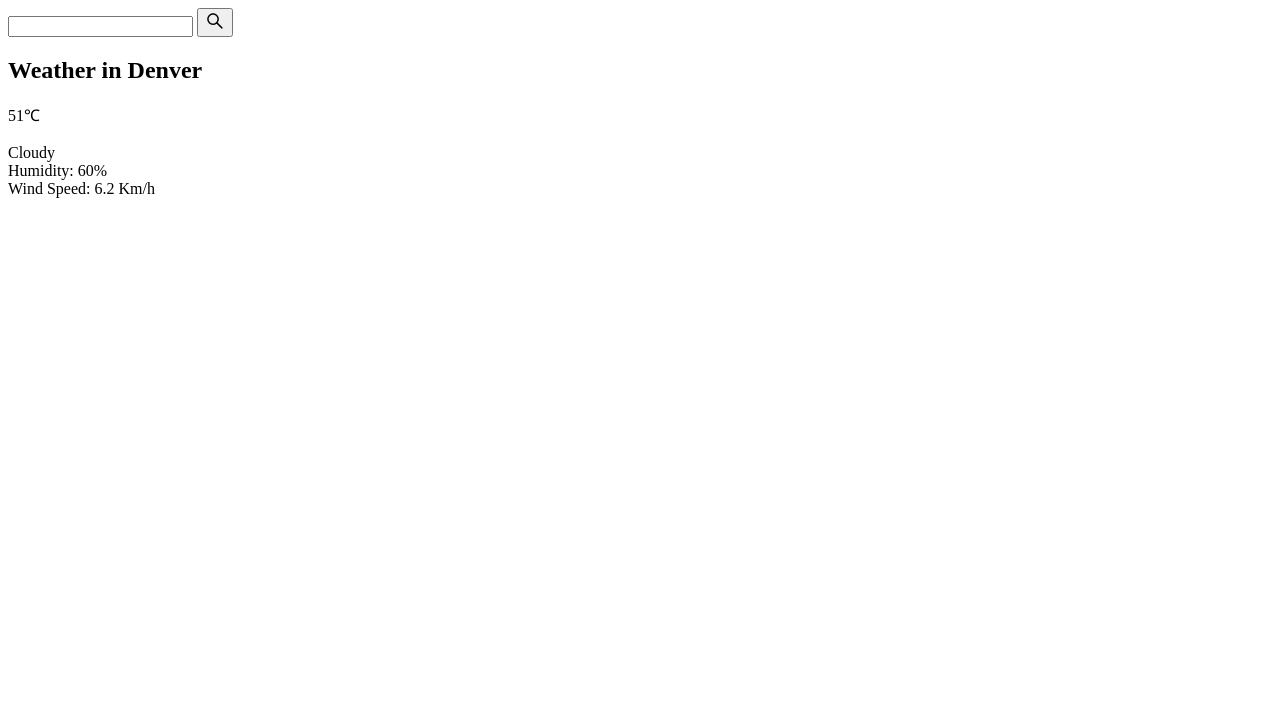
Repository: pin-seavmuy/JavaScript
Page: index.html
The author's editor kept a copy of each file at every save. The page is drawn from the files as they stood at one save, then again after a run of saves.
The browser window is 1280 px wide. The pictures show the whole page.

Above is the page before, as saved 2024-04-21 22:53:36.

After the next 3 saves:
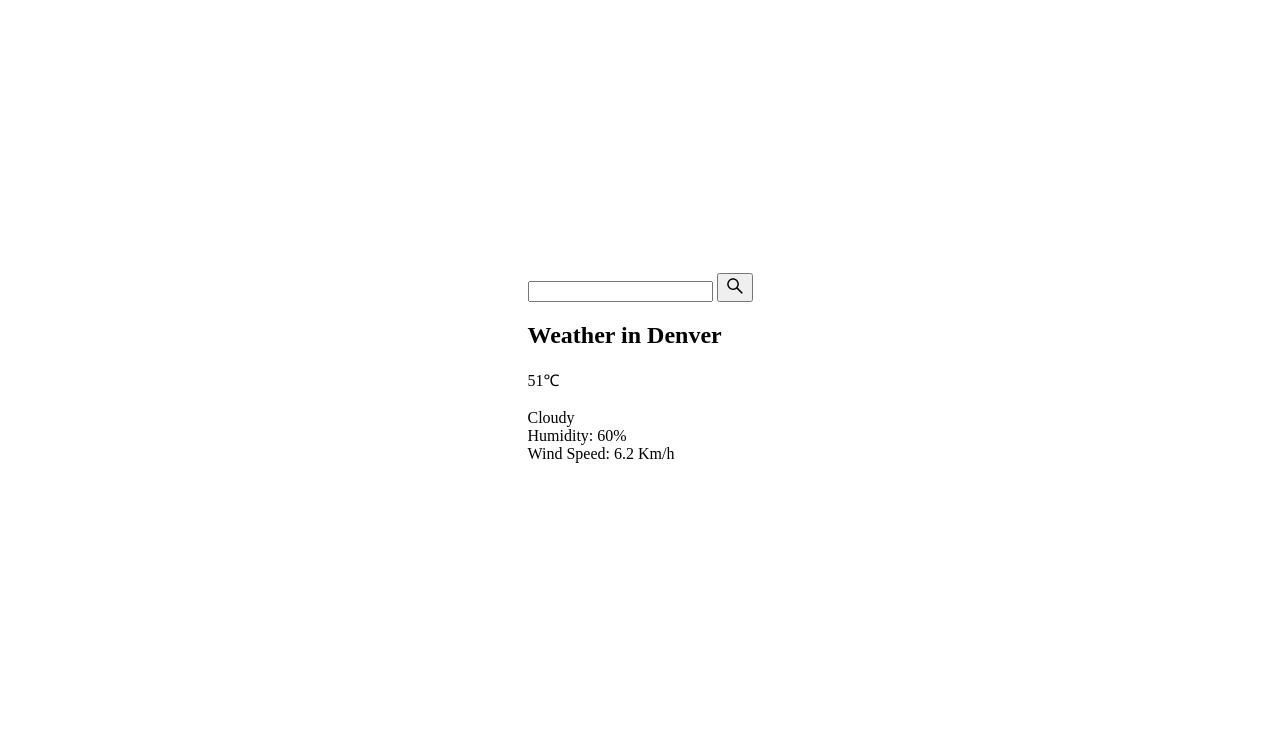
The 3 saves are shown as one change because they came seconds apart.
The last was saved 11 s later.
--- a/style.css
+++ b/style.css
@@ -1,4 +1,6 @@
 body {
     display: flex;
-    justify-content: ;
+    justify-content: center;
+    align-items: center;
+    height: 100vh;
 }
